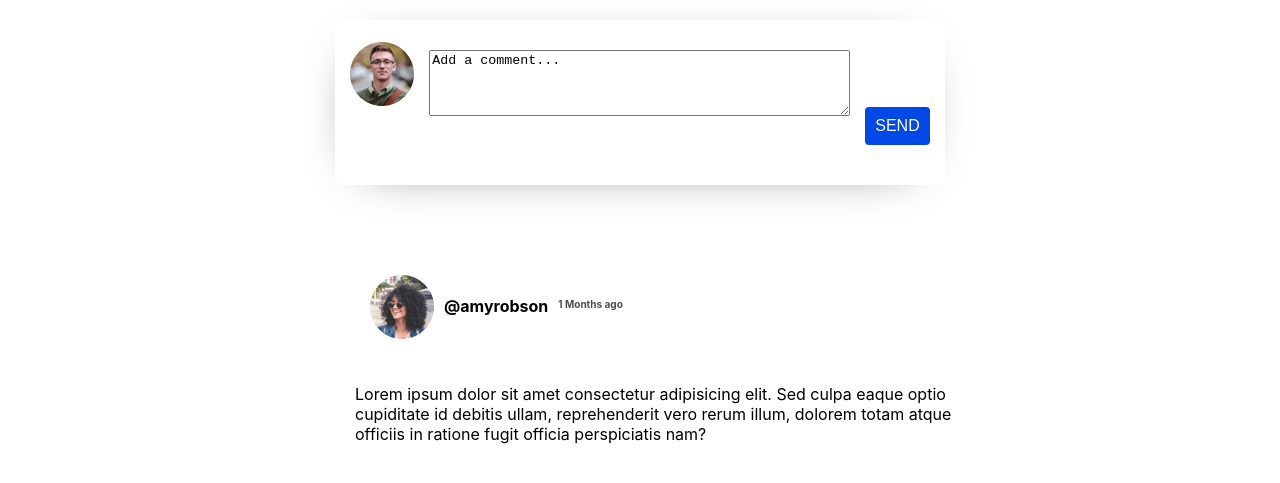
Repository: badhon252/interactive-comments-section
Page: /
The author's editor kept a copy of each file at every save. The page is drawn from the files as they stood at one save, then again after the next save.
The browser window is 1280 px wide. The pictures show the whole page.
The project was rebuilt for these pictures with package versions that can differ from the ones it lists, and the page was loaded fresh each time.

Above is the page before, as saved 2022-01-27 22:27:24.

### public/index.html
<!DOCTYPE html>
<html lang="en">

<head>
  <meta charset="utf-8" />
  <link rel="icon" href="%PUBLIC_URL%/favicon.ico" />
  <meta name="viewport" content="width=device-width, initial-scale=1" />
  <meta name="theme-color" content="#000000" />
  <meta name="description" content="Web site created using create-react-app" />
  <link rel="apple-touch-icon" href="%PUBLIC_URL%/logo192.png" />

  <link rel="manifest" href="%PUBLIC_URL%/manifest.json" />

  <title>interactive-comments-section</title>
</head>

<body>
  <noscript>You need to enable JavaScript to run this app.</noscript>
  <div id="root"></div>

</body>

</html>

### src/App.js
import WriteComments from "./components/WriteComments";
// import WriteComments from "./components/WriteComments";

function App() {
  return (
    <div className="App">
      <WriteComments />
    </div>
  );
}

export default App;

### src/components/WriteComments.js
import React from "react";
import "../App.css";
import Avatar from "../images/avatars/image-juliusomo.png";
import Comments from "./Comments";
export default function WriteComments() {
  return (
    <div className="main-div">
      <div className="comment-input ">
        <form action="" className="comment-section shadow">
          <img src={Avatar} alt="images" className="my-img" />
          <textarea name="" id="" rows="4" cols="50">
            Add a comment...
          </textarea>
          <button className="submit-btn">SEND</button>
        </form>{" "}
      </div>
      <Comments />
    </div>
  );
}

### src/App.css
.main-div {
  /* width: 40rem; */
  /* margin: auto; */
}
.comment-input {
  display: flex;
  justify-content: center;
}
.comment-section {
  padding: 15px;
  margin: 20px;
  border-radius: 7px;
}

.submit-btn {
  background-color: rgb(0, 73, 231);
  color: white;
  border: none;
  border-radius: 4px;
  font-size: 1rem;
  padding: 10px;
  margin-bottom: 25px;
  /* align-items: flex-start; */
}

.my-img {
  max-width: 80%;
  margin-bottom: 25px;
}
textarea {
  margin: 15px;
}

.shadow {
  box-shadow: -3px 7px 54px -36px rgba(0, 0, 0, 1);
  -webkit-box-shadow: -3px 7px 54px -36px rgba(0, 0, 0, 1);
  -moz-box-shadow: -3px 7px 54px -36px rgba(0, 0, 0, 1);
}

/* single comment section ==== */
.comments {
  margin: 20px auto;
  width: 40rem;
}
.profile-info {
  display: flex;
  justify-content: left;
  padding: 50px 0 10px 50px;
}
.random-img {
  max-width: 100%;
}
.name {
  padding: 0 10px;
}
.single-comment {
  width: 40rem;
  padding: 15px;
  margin: 20px;
}

.time {
  font-size: 10px;
  opacity: 70%;
}

### src/components/Comments.js
import React from "react";
import avartar from "../images/avatars/image-amyrobson.png";
const Comments = () => {
  return (
    <div className="comments">
      <div className="profile-info">
        <img src={avartar} alt="" className="random-img" />
        <h4 className="name">@amyrobson</h4>

        <h6 className="time"> 1 Months ago</h6>
      </div>

      <p className="single-comment">
        Lorem ipsum dolor sit amet consectetur adipisicing elit. Sed culpa eaque
        optio cupiditate id debitis ullam, reprehenderit vero rerum illum,
        dolorem totam atque officiis in ratione fugit officia perspiciatis nam?
      </p>
    </div>
  );
};

export default Comments;

Loaded but not shown: src/index.js (common file); src/index.css (common file); src/reportWebVitals.js (common file)

After the next save:
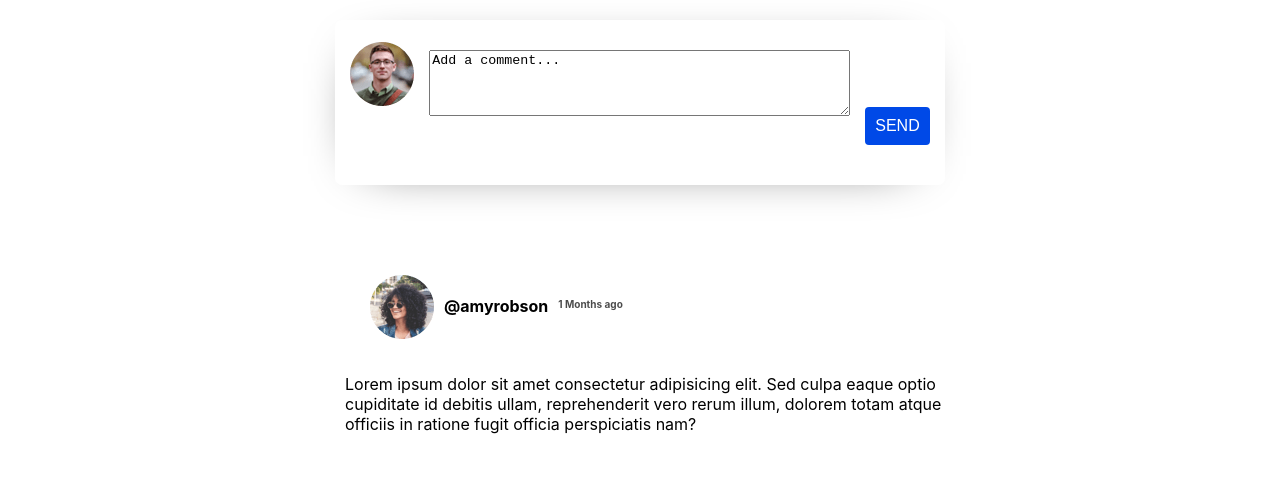
Saved 75 s later.
--- a/src/App.css
+++ b/src/App.css
@@ -56,7 +56,7 @@
 .single-comment {
   width: 40rem;
   padding: 15px;
-  margin: 20px;
+  margin: 10px;
 }
 
 .time {

After the save that followed:
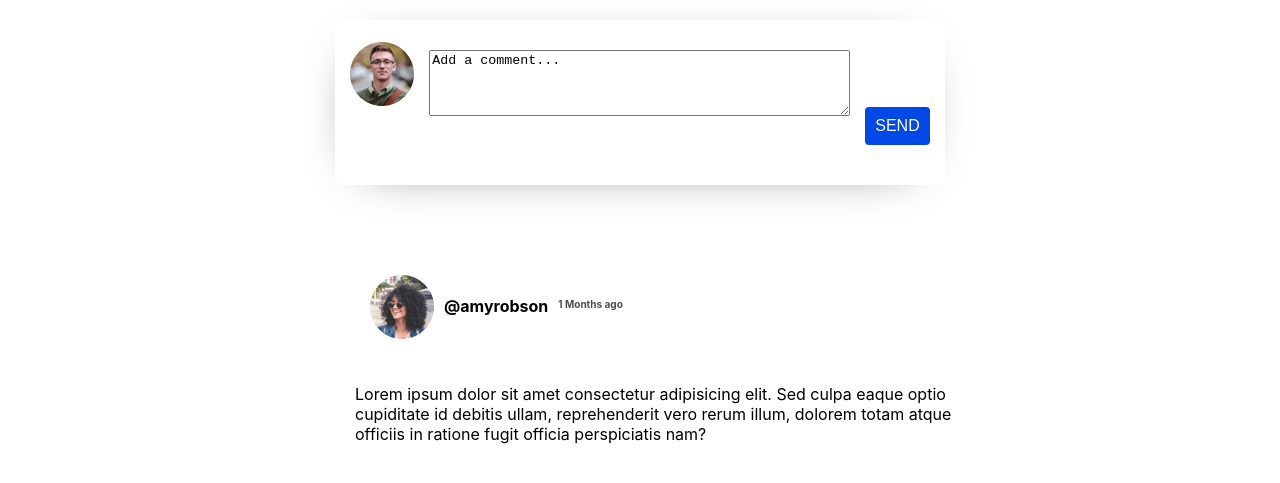
Saved 4 s later.
--- a/src/App.css
+++ b/src/App.css
@@ -56,7 +56,7 @@
 .single-comment {
   width: 40rem;
   padding: 15px;
-  margin: 10px;
+  margin: 20px;
 }
 
 .time {
